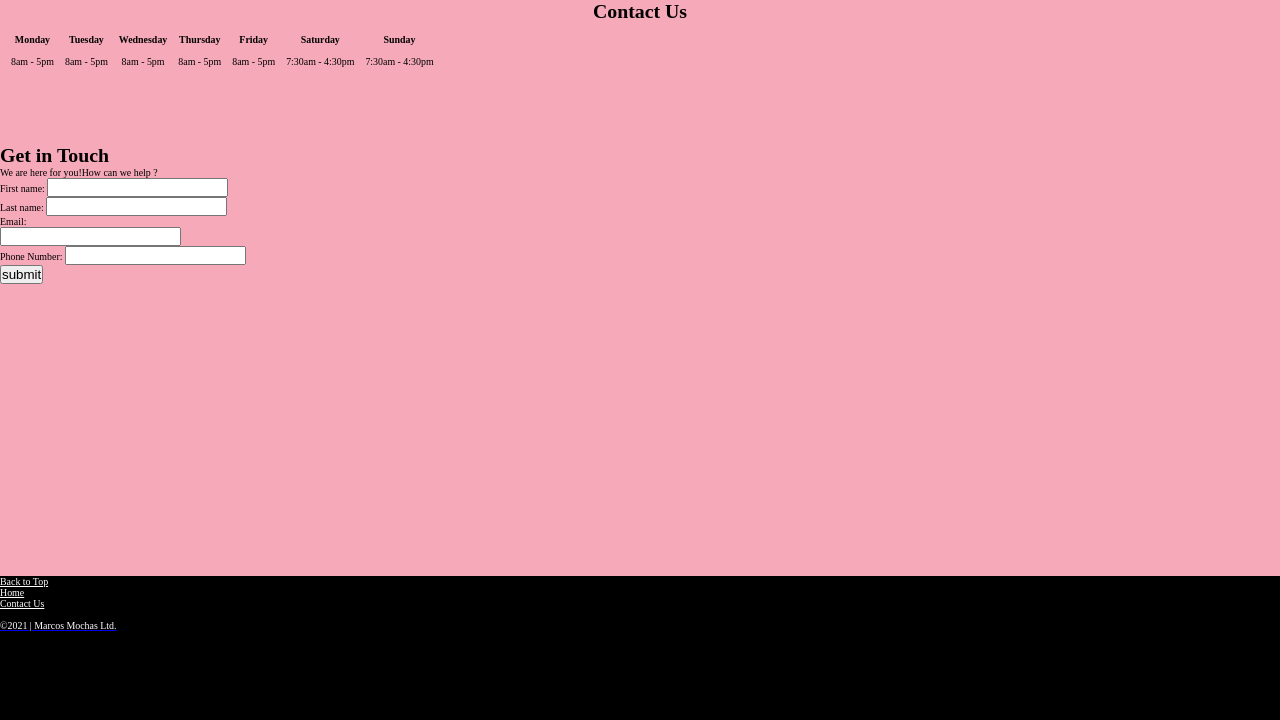
Repository: CAMPSLOPY/marcos-mochas
Page: HTML/contact.html
These files come from the project's save history. The page is drawn as it stood at one moment and after a run of saves; the edit follows.
The browser window is 1280 px wide. The pictures show the whole page.

Above is the page before, as saved 2021-07-02 17:33:45.

After the next 2 saves:
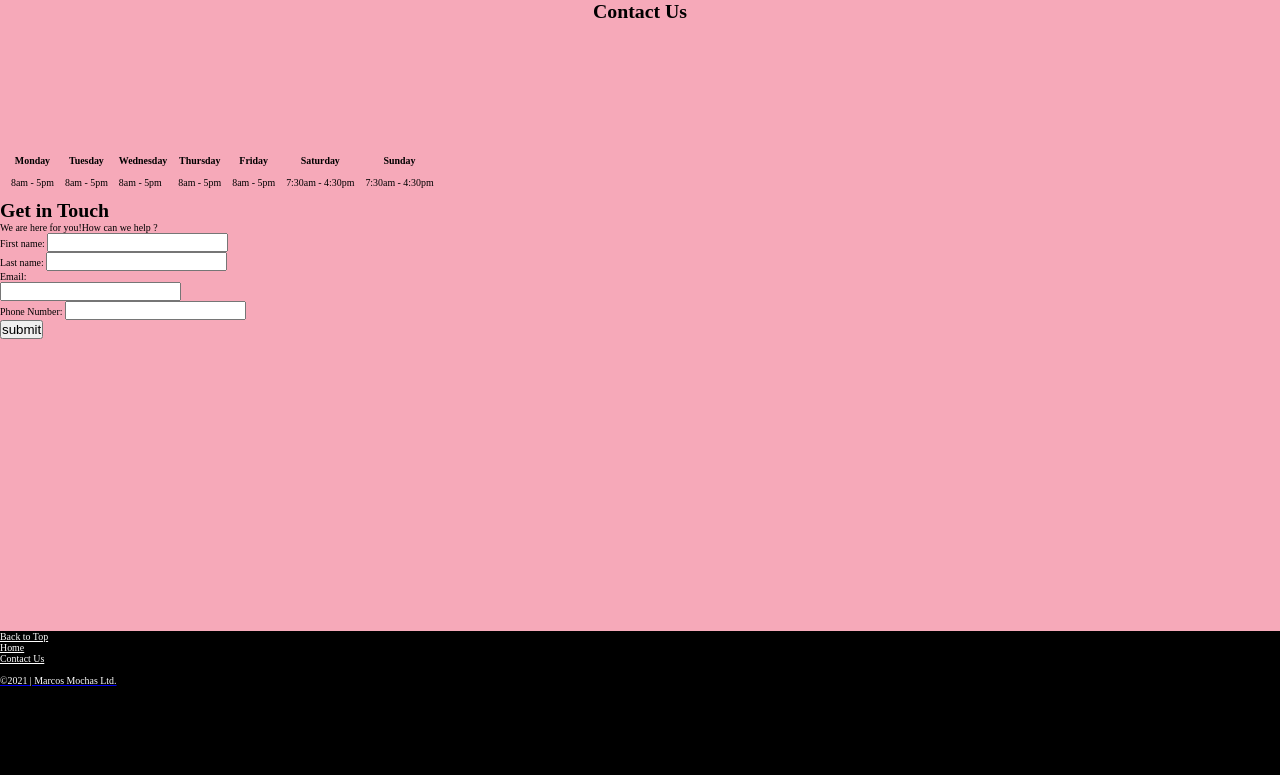
The 2 saves are shown as one change because they came seconds apart.
The last was saved 68 s later.
--- a/HTML/contact.html
+++ b/HTML/contact.html
@@ -17,7 +17,7 @@
         <!--page hours title-->
         <h1  class="header-tex">Contact Us</h1>
 
-
+    </header>
     <div class="header-table-content">
 
 
@@ -43,7 +43,7 @@
         </tr>
         </table>
     </div>
-</header>
+
     <main>
         <h1>Get in Touch</h1>
         <p>We are here for you!How can we help ?</p>
